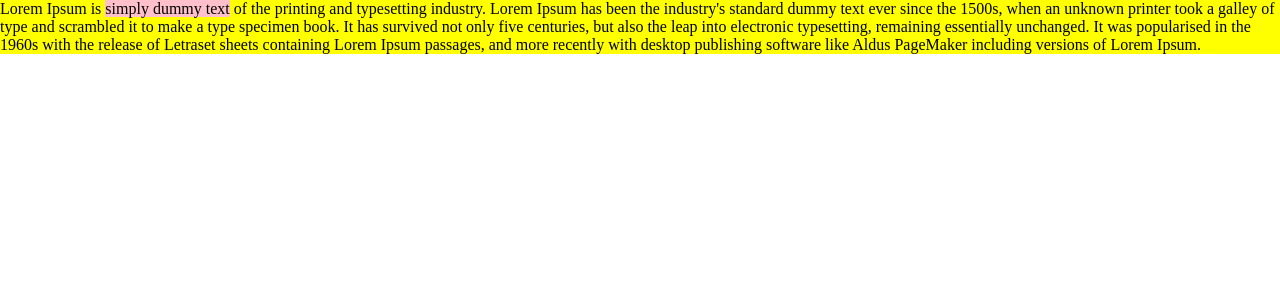
Repository: gwonjunsu95/html5
Page: html5/WebContent/day0401.html
These files come from the project's save history. The page is drawn as it stood at one moment and after the next save; the edit follows.
The browser window is 1280 px wide. The pictures show the whole page.

Above is the page before, as saved 2020-04-21 04:55:55.

After the next save:
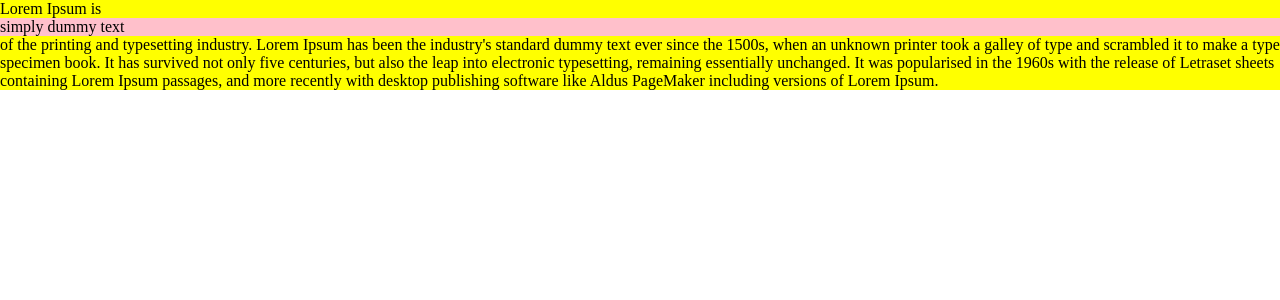
Saved 12 s later.
--- a/html5/WebContent/day0401.html
+++ b/html5/WebContent/day0401.html
@@ -17,7 +17,7 @@
 		}
 
 		p > #text1 {
-			display: inline;
+			display: block;
 			background: pink;
 		}
 	</style>

After the save that followed:
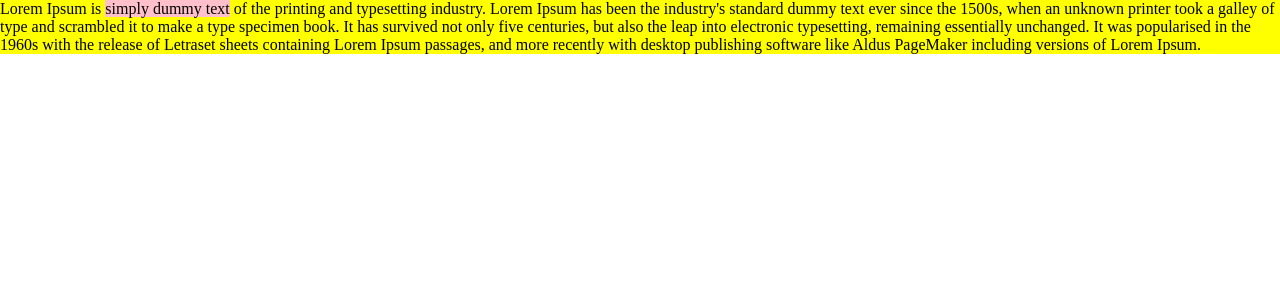
Saved 15 s later.
--- a/html5/WebContent/day0401.html
+++ b/html5/WebContent/day0401.html
@@ -17,7 +17,7 @@
 		}
 
 		p > #text1 {
-			display: block;
+			display: inline;
 			background: pink;
 		}
 	</style>
